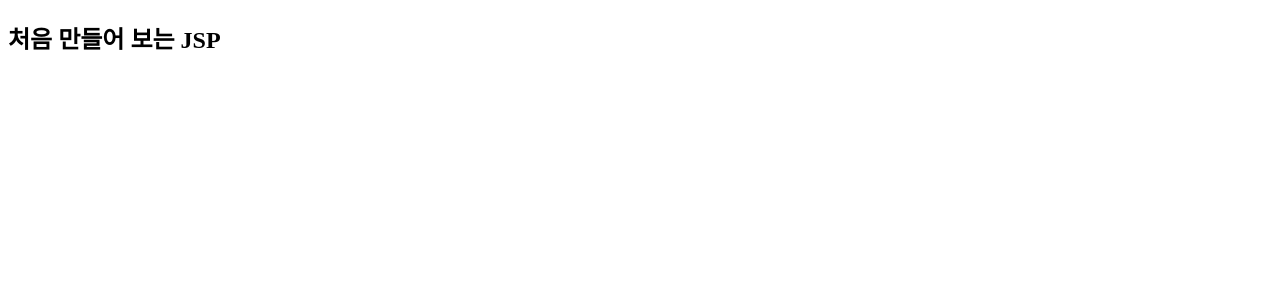
Repository: iamstudybox00/JSP_Servlet
Page: http://localhost/MustHaveJSP/HelloJSP.jsp
An editor plug-in stored every save of this project. The page is shown before and after the next save, followed by the edit.
The browser window is 1280 px wide. The pictures show the whole page.
The page is served by Tomcat 10.

Above is the page before, as saved 2025-05-02 02:07:47.

After the next save:
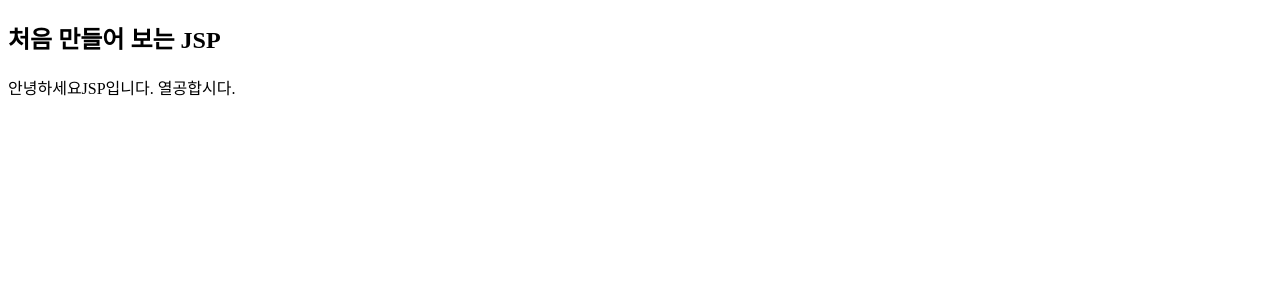
Saved 65 s later.
--- a/MustHaveJSP/src/main/webapp/HelloJSP.jsp
+++ b/MustHaveJSP/src/main/webapp/HelloJSP.jsp
@@ -12,5 +12,10 @@
 	</head>
 	<body>
 		<h2>처음 만들어 보는 <%= str1 %></h2>
+		<p>
+			<%
+				out.println(str2 + str1 + "입니다. 열공합시다.");
+			%>
+		</p>
 	</body>
 </html>
